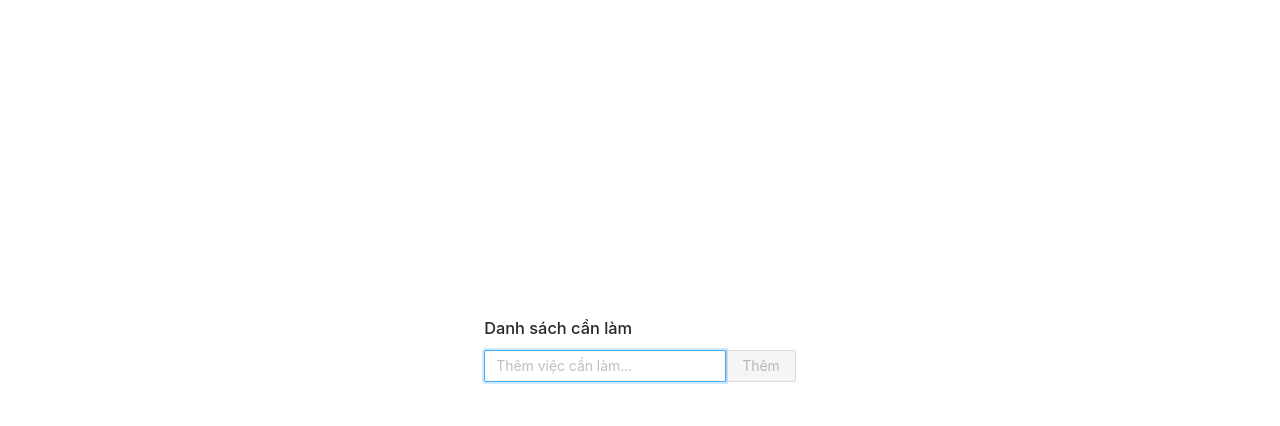
Repository: tiendungjr123/Todo-App
Page: /
The author's editor kept a copy of each file at every save. The page is drawn from the files as they stood at one save, then again after the next save.
The browser window is 1280 px wide. The pictures show the whole page.
The project was rebuilt for these pictures with package versions that can differ from the ones it lists, and the page was loaded fresh each time. Also part of the build but not shown: src/component/Todo.jsx.

Above is the page before, as saved 2022-09-22 11:36:55.

After the next save:
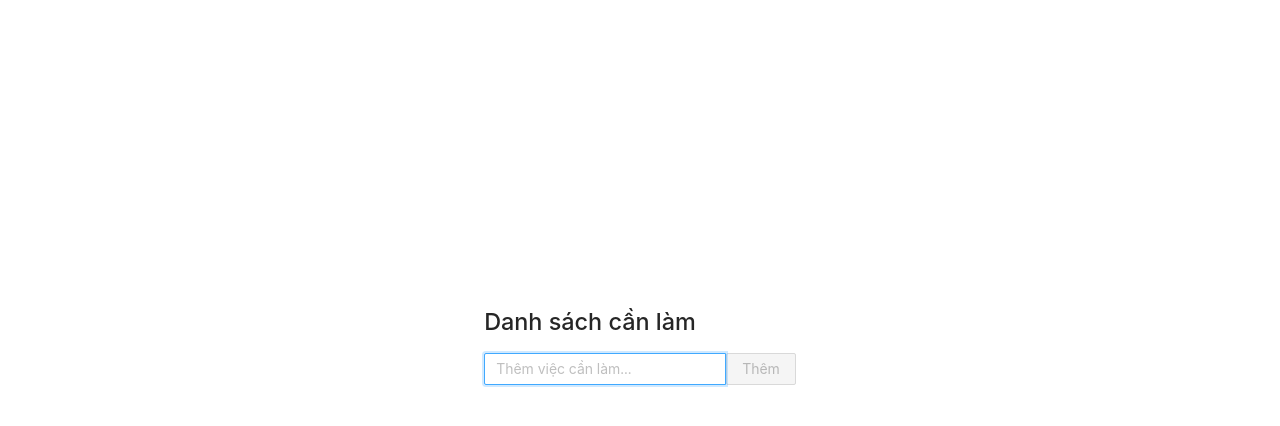
Saved 2 h 44 min later.
--- a/src/index.css
+++ b/src/index.css
@@ -7,7 +7,7 @@ body {
   justify-content: center;
   align-items: center;
   padding: 20px;
-  font-size: 20px;
+  font-size: 20px !important;
 }
 
 code {
